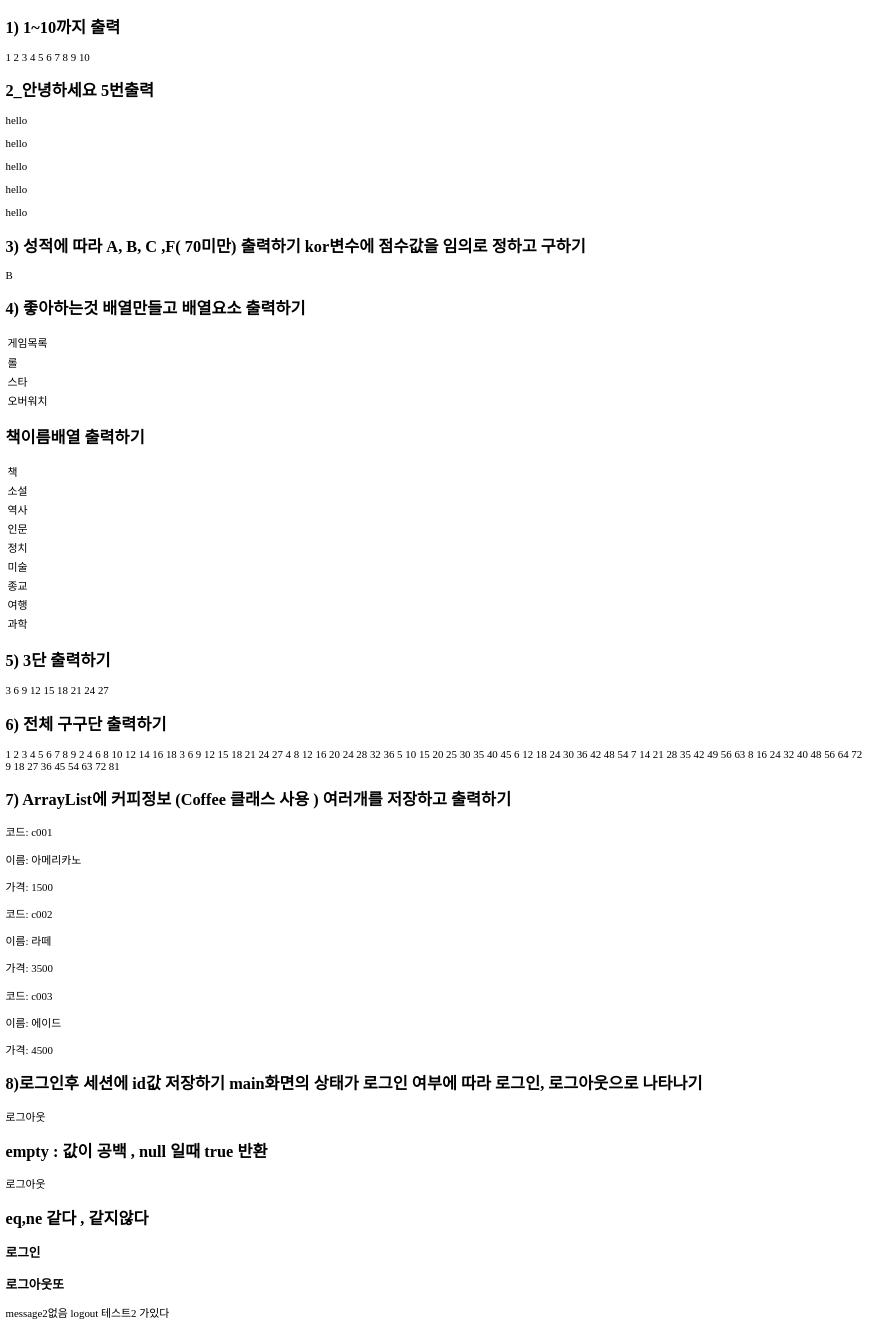
Repository: mvcfvsgdj/javaee
Page: http://localhost/ELprj0908/jstl8
The author's editor kept a copy of each file at every save. The page is drawn from the files as they stood at one save, then again after the next save.
The browser window is 1280 px wide. The pictures show the whole page, at 68% of full size.
The page is served by Tomcat 9.

Above is the page before, as saved 2023-09-08 06:53:17.

After the next save:
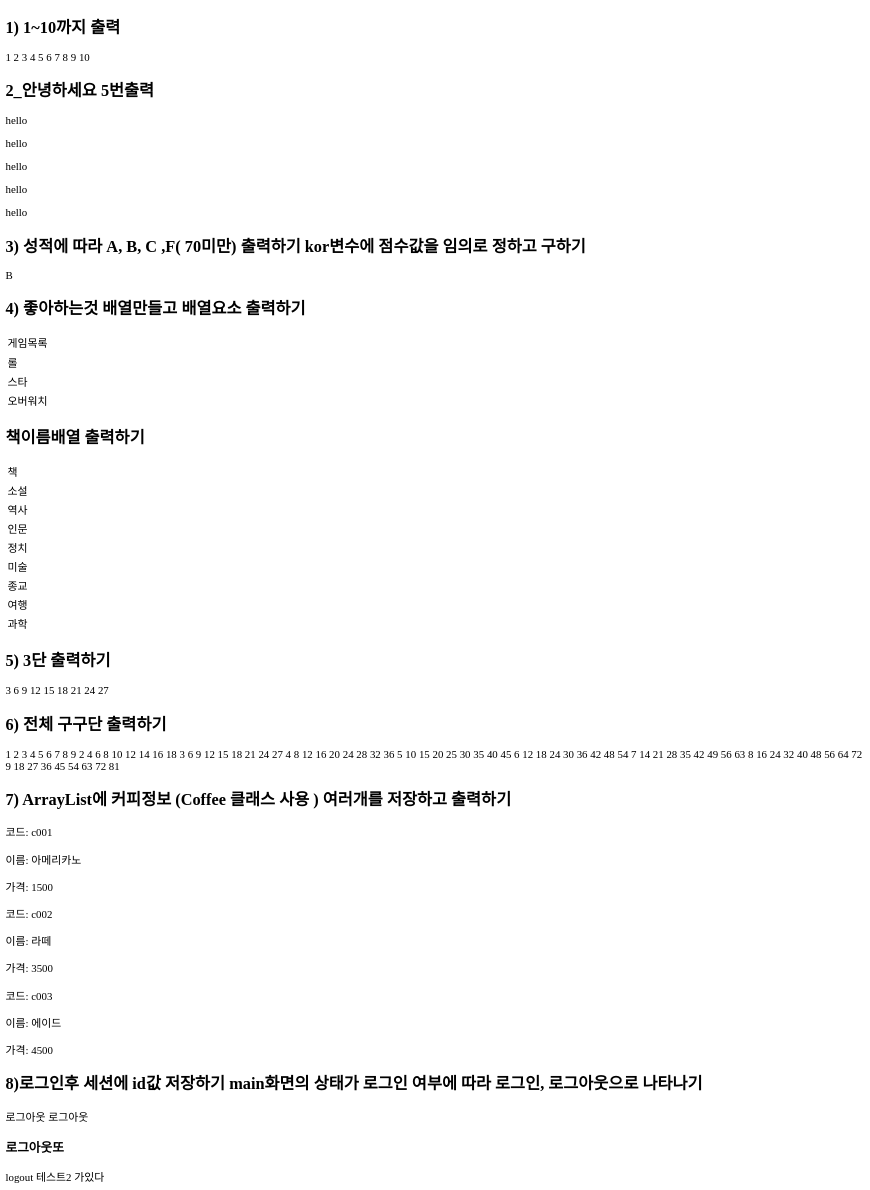
Saved 36 s later.
--- a/ELprj0908/src/main/webapp/WEB-INF/views/jstl8.jsp
+++ b/ELprj0908/src/main/webapp/WEB-INF/views/jstl8.jsp
@@ -112,15 +112,11 @@ ${book}
 	로그인
 
 <%} %>
-
-<h2>empty : 값이 공백 , null 일때 true 반환</h2>
 <c:if test="${empty id }">로그인 </c:if>
 <c:if test="${not empty id }">로그아웃</c:if>
 
-<h2> eq,ne 같다 , 같지않다</h2>
 <c:set var="message" value="비로그인"/>
 <c:if test="${message eq '비로그인' }">
-<h3>로그인</h3>
 </c:if>
 
 <c:if test="${message ne '비로그인'}"></c:if>
@@ -128,9 +124,7 @@ ${book}
 <c:if test="${empty message }">
 message없음
 </c:if>
-<c:if test="${empty message2 }">
-message2없음
-</c:if>
+
 
 
 <c:set var="loginOut" value="${empty id ? 'login': 'logout' }"/>
